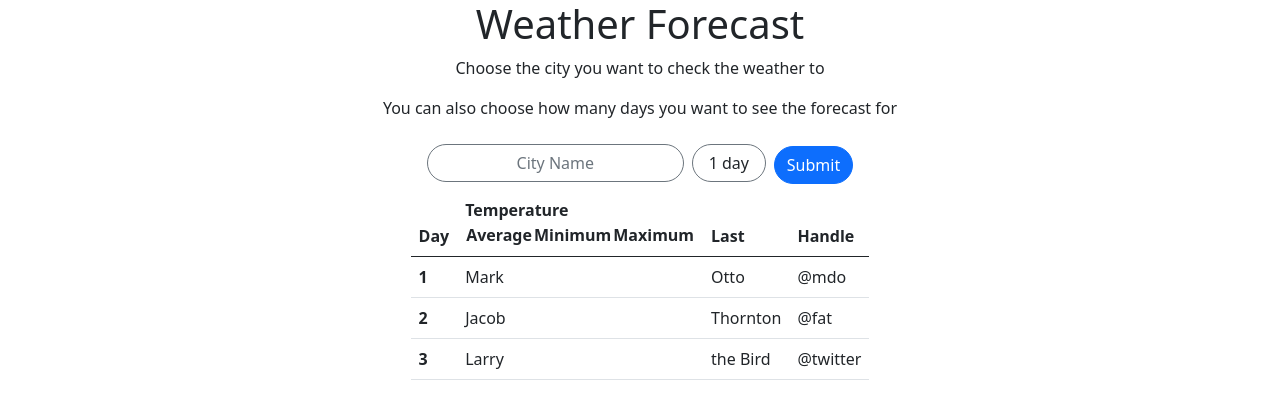
Repository: DimitrisDoxopoulos/my-own-weather-app
Page: /
The author's editor kept a copy of each file at every save. The page is drawn from the files as they stood at one save, then again after the next save.
The browser window is 1280 px wide. The pictures show the whole page.
The project was rebuilt for these pictures with package versions that can differ from the ones it lists, and the page was loaded fresh each time.

Above is the page before, as saved 2021-06-03 19:56:49.

### src/App.js
import './App.css';

/*--------------- Importing Components ------------------- */
import Wrapper from './components/Wrapper'
import Header from './components/Header'
import Tagline from './components/Tagline'
import Form from './components/Form'
import WeatherForecast from './components/WeatherForecast';
/*--------------- Importing Components ------------------- */

function App() {
  return (
    <div className="App">
      <Wrapper>
        <Header />
        <Tagline />
        <Form />
        <WeatherForecast />
      </Wrapper>
    </div>
  );
}

export default App;

### src/App.css
.App {
  /* text-align: center; */
}

.App-logo {
  height: 40vmin;
  pointer-events: none;
}

.App-header {
  background-color: #282c34;
  min-height: 100vh;
  display: flex;
  flex-direction: column;
  align-items: center;
  justify-content: center;
  font-size: calc(10px + 2vmin);
  color: white;
}

.App-link {
  color: #61dafb;
}

### src/components/Wrapper.js
import React from 'react';

const Wrapper = (props) => {
    return(
    <div className='container d-flex flex-column justify-content-center align-items-center'>
        { props.children }
    </div>
    )
}

export default Wrapper;

### src/components/Header.js
import React from 'react'

const Header = () => {
    return (
        <div className="">
            <h1 className="">Weather Forecast</h1>
        </div>
    )
}

export default Header

### src/components/Tagline.js
import React from 'react'

const Tagline = () => {
    return (
        <div className="text-center">
            <p>Choose the city you want to check the weather to</p>
            <p>You can also choose how many days you want to see the forecast for</p>
        </div>
    )
}

export default Tagline

### src/components/Form.js
import React from 'react'

const Form = () => {
    return (
        <div>
            <form className="d-flex align-items-center">
                <div className="form-group">
                    <input type="text" className="form-control border-secondary rounded-pill text-center" id="exampleFormControlInput1" placeholder="City Name" />
                </div>
                <div className="form-group d-flex p-2">
                    <select className="form-control border-secondary rounded-pill text-center" id="exampleFormControlSelect1" placeholder="How many days?">
                        <option value="1">1 day</option>
                        <option value="2">2 days</option>
                        <option value="3">3 days</option>
                        <option value="4">4 days</option>
                        <option value="5">5 days</option>
                    </select>
                </div>
                <input className="btn btn-primary mt-1 rounded-pill" type="submit" value="Submit" />
            </form>
        </div>
    )
}

export default Form

### src/components/WeatherForecast.js
import React from 'react'

const WeatherForecast = () => {
    return (
        <div>
            <table class="table">
                <thead class="thead-dark">
                    <tr>
                    <th scope="col">Day</th>
                    <th scope="col">
                        Temperature
                        <th>Average</th>
                        <th>Minimum</th>
                        <th>Maximum</th>
                    </th>
                    <th scope="col">Last</th>
                    <th scope="col">Handle</th>
                    </tr>
                </thead>
                <tbody>
                    <tr>
                    <th scope="row">1</th>
                    <td>Mark</td>
                    <td>Otto</td>
                    <td>@mdo</td>
                    </tr>
                    <tr>
                    <th scope="row">2</th>
                    <td>Jacob</td>
                    <td>Thornton</td>
                    <td>@fat</td>
                    </tr>
                    <tr>
                    <th scope="row">3</th>
                    <td>Larry</td>
                    <td>the Bird</td>
                    <td>@twitter</td>
                    </tr>
                </tbody>
            </table>
        </div>
    )
}

export default WeatherForecast

Loaded but not shown: public/index.html (common file); src/index.js (common file); src/index.css (common file); src/reportWebVitals.js (common file)

After the next save:
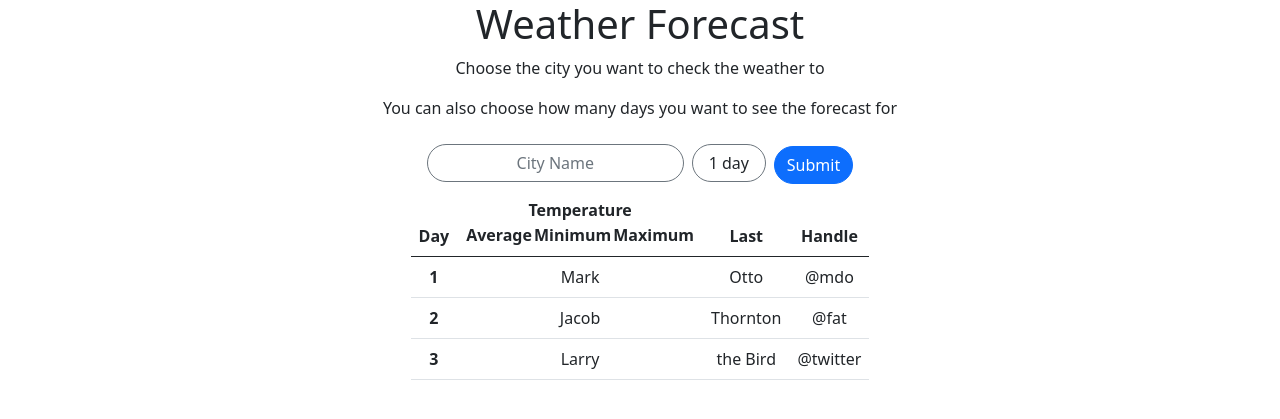
Saved 10 s later.
--- a/src/components/WeatherForecast.js
+++ b/src/components/WeatherForecast.js
@@ -3,7 +3,7 @@ import React from 'react'
 const WeatherForecast = () => {
     return (
         <div>
-            <table class="table">
+            <table class="table text-center">
                 <thead class="thead-dark">
                     <tr>
                     <th scope="col">Day</th>
